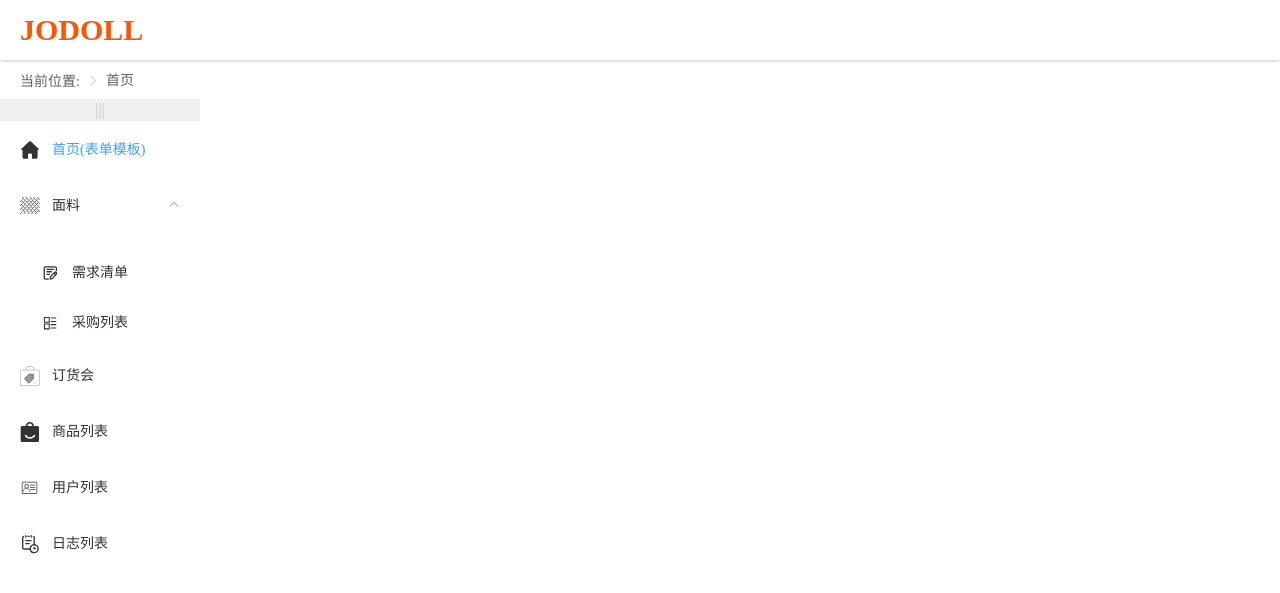
Repository: wangshanghai240/doll-practive
Page: /admin
The author's editor kept a copy of each file at every save. The page is drawn from the files as they stood at one save, then again after the next save.
The browser window is 1280 px wide. The pictures show the whole page.
The project was rebuilt for these pictures with package versions that can differ from the ones it lists, and the page was loaded fresh each time. Also part of the build but not shown: vue.config.js. Imported but missing from the stored project, and not drawn on this page: src/views/admin/ordermeeting/ordermeeting/ordersearch.vue.

Above is the page before, as saved 2021-08-24 09:03:32.

After the next save:
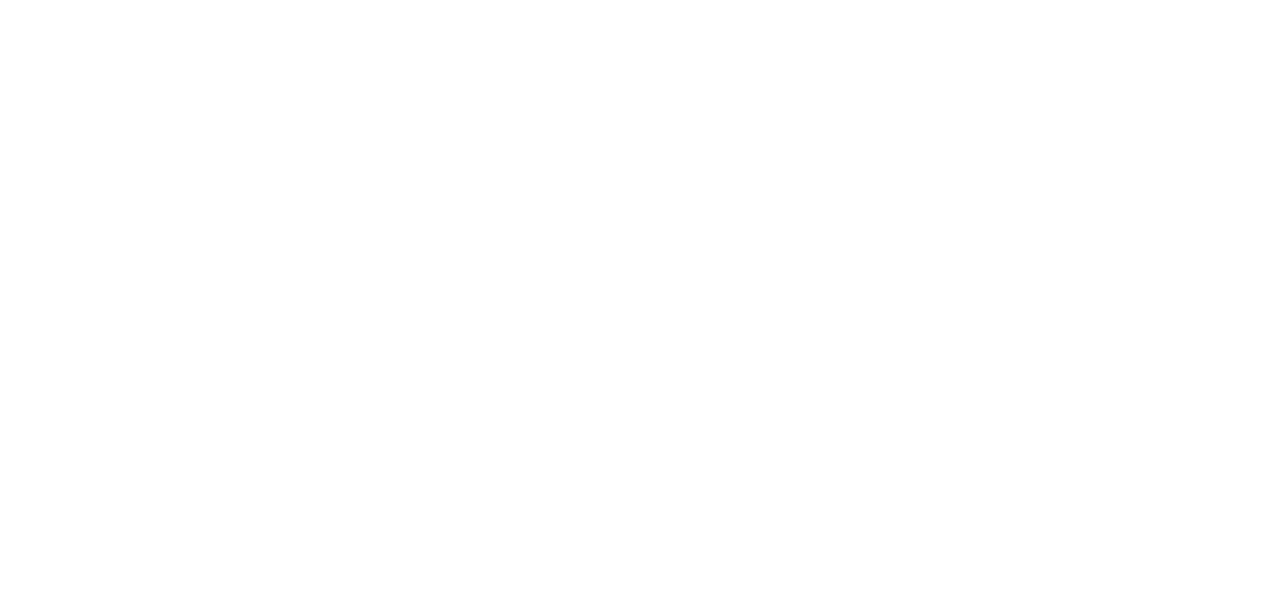
Saved 8 min 4 s later.
--- a/src/router/index.js
+++ b/src/router/index.js
@@ -168,14 +168,11 @@
     if (to.path == '/login') {
         // 则直接放行
         next()
-    } else {
-        // 如果要进入其他页面，则需要验证是否有token，有说明登陆了
-        if (sessionStorage.getItem('token') !== '') {
+        if(sessionStorage.getItem('token') !== ''){
             next()
-            // 没有token
-        } else {
-            // 则重定向到登陆页面
-            this.$message.error('请先登录')
+        }
+        else{
+            this.$message.error('您还没有登录哦')
             next('/login')
         }
     }

After the save that followed:
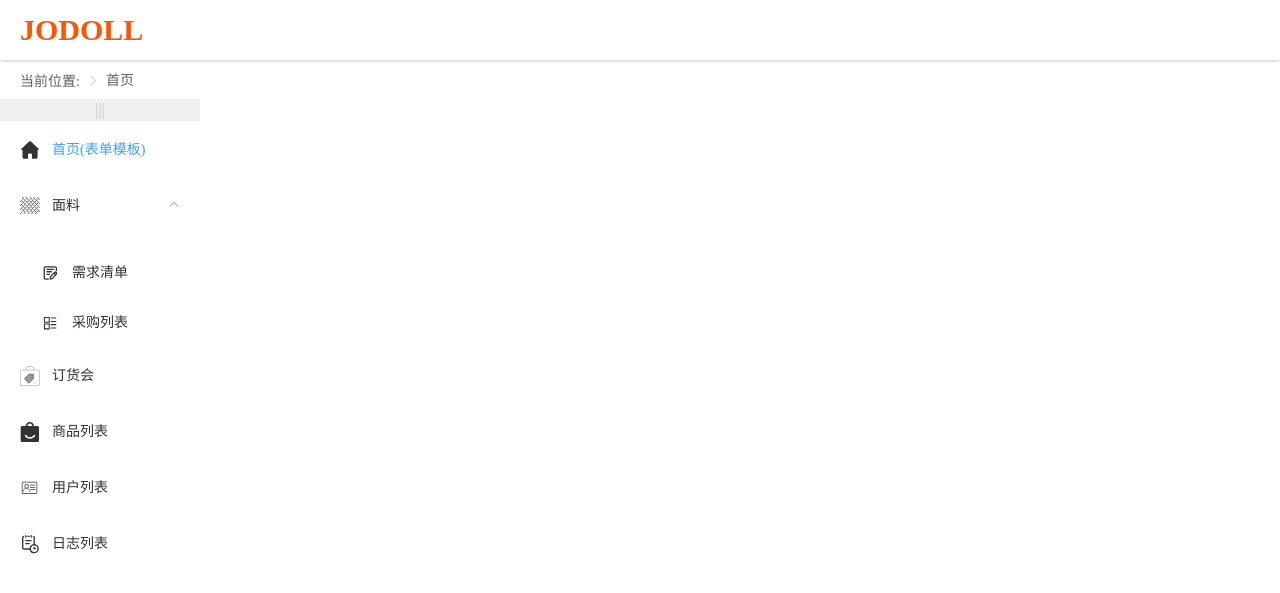
Saved 34 s later.
--- a/src/router/index.js
+++ b/src/router/index.js
@@ -176,6 +176,9 @@
             next('/login')
         }
     }
+    else{
+        next()
+    }
 })
 // 导出路由对象，暴露接口
 export default router
